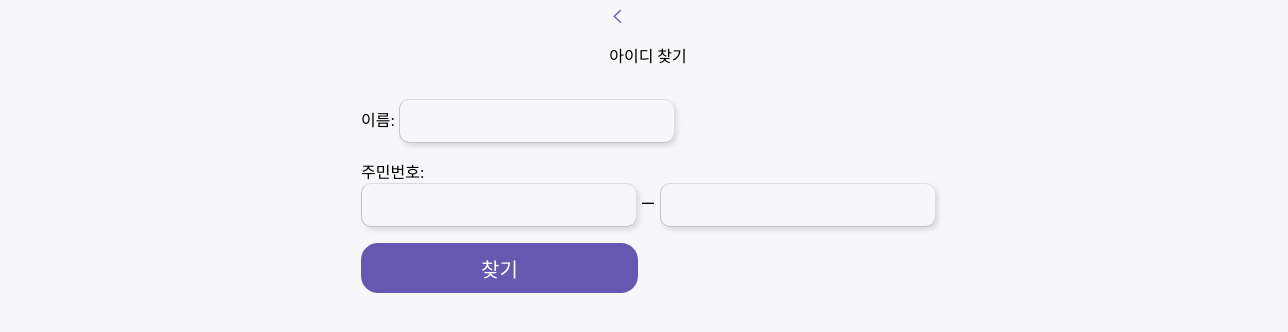
Repository: PEPI-dev/UI
Page: find_id_pw/findId.html
These files come from the project's save history. The page is drawn as it stood at one moment and after the next save; the edit follows.
The browser window is 1280 px wide. The page is 1288 px wide, so the pictures cover 1288 px, including what lies to the right of the window. The pictures show the whole page.
Some web fonts or font styles are not loaded; a fallback is used.

Above is the page before, as saved 2023-12-05 13:32:48.

### find_id_pw/findId.html
<!DOCTYPE html>
<html lang="en">

<head>
    <meta charset="UTF-8">
    <meta name="viewport" content="width=device-width, initial-scale=1.0">
    <title>아이디 찾기</title>
    <link rel="stylesheet" href="./findId.css">
    <link rel="stylesheet" type="text/css" href="../a_XEIcon-2.2.0/xeicon.min.css">
</head>

<body>

    <div id="div_back"><i class="xi-angle-left" id="back"></i>
        <p id="txt_login">아이디 찾기</p>
    </div>

    <div id="container">
        <form action="#">
            <p>이름: <input class="field" type="text"></p>
            <label for="rrn">주민번호:</label>
            <div class="rrn-container">
                <input class="field" id="rrn1" type="text">
                <i class="xi-minus"></i>
                <input class="field" id="rrn2" type="password">
            </div>

            <p><button class="search">찾기</button></p>
        </form>
    </div>

    <script>
        // 이전 페이지로 돌아가기
        function backPage() {
            window.history.back()
        }
    </script>
</body>

</html>

### find_id_pw/findid.css
@font-face {
    font-family: 'main_font';
    src: url(../a_font/NotoSansKR-VariableFont_wght.ttf);
    font-weight: 500;
}

@font-face {
    font-family: 'sub_font';
    src: url(../a_font/SEBANG/SEBANG\ Gothic.ttf);
}

/* 바디 */
body {
    height: 100%;
    width: 100%;
    background-color: #F7F7F9;
    display: flex;
    flex-direction: column;
    align-items: center;
}

/* 뒤로가기 버튼 */
.xi-angle-left {
    color: #6658B1;
}

.field {
    width: 270px;
    height: 40px;
    border-radius: 10px;
    box-shadow: 3px 3px 5px rgba(0, 0, 0, 0.12);
    background-color: #F7F7F9;
    border-width: 0;
    outline: none;
    border: none;
    border-top: 0.2px solid rgba(0, 0, 0, 0.1);
    border-left: 0.5px solid rgba(0, 0, 0, 0.2);
    border-bottom: 0.5px solid rgba(0, 0, 0, 0.2);
}

.search {
    background-color: #6658B1;
    color: white;
    border: 1px solid #E1E1E1;
    font-family: 'main_font';
    font-size: 20px;
    font-weight: 500;
    border-radius: 17px;
    border: 0px;
    width: 277px;
    height: 50px;
}

@media screen and (max-width: 360px) {

    /* 뒤로가기 버튼 */
    #div_back {
        display: flex;
        align-items: center;
        justify-content: flex-start;
        margin-bottom: auto;
        margin-top: 35px;
        width: 100%;
        margin-left: 30px;
    }


    /* 입력폼 */
    form {
        display: flex;
        flex-direction: column;
        align-items: center;
        justify-content: flex-end;
        height: 50vh;

    }

    .search {
        width: 250px;
        height: 50px;
        margin-right: 20px;
    }

    #rrn1, #rrn2 {
        width: 145.5px;
        margin-right: 5px;
    }

    .input_form {
        display: flex;
        flex-direction: column;
        align-items: flex-start;
        width: 291px;
        margin-bottom: 20px;
    }
}

Loaded but not shown: a_XEIcon-2.2.0/xeicon.min.css (library)

After the next save:
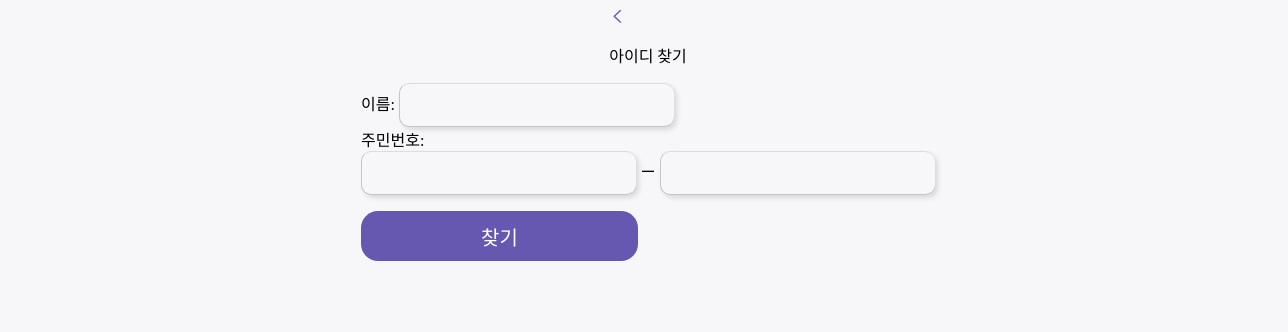
Saved 10 s later.
--- a/find_id_pw/findId.html
+++ b/find_id_pw/findId.html
@@ -17,7 +17,11 @@
 
     <div id="container">
         <form action="#">
-            <p>이름: <input class="field" type="text"></p>
+            <div class="input_form">
+                <label for="name">이름:</label>
+                <input class="field" type="text" id="name">
+            </div>
+
             <label for="rrn">주민번호:</label>
             <div class="rrn-container">
                 <input class="field" id="rrn1" type="text">
